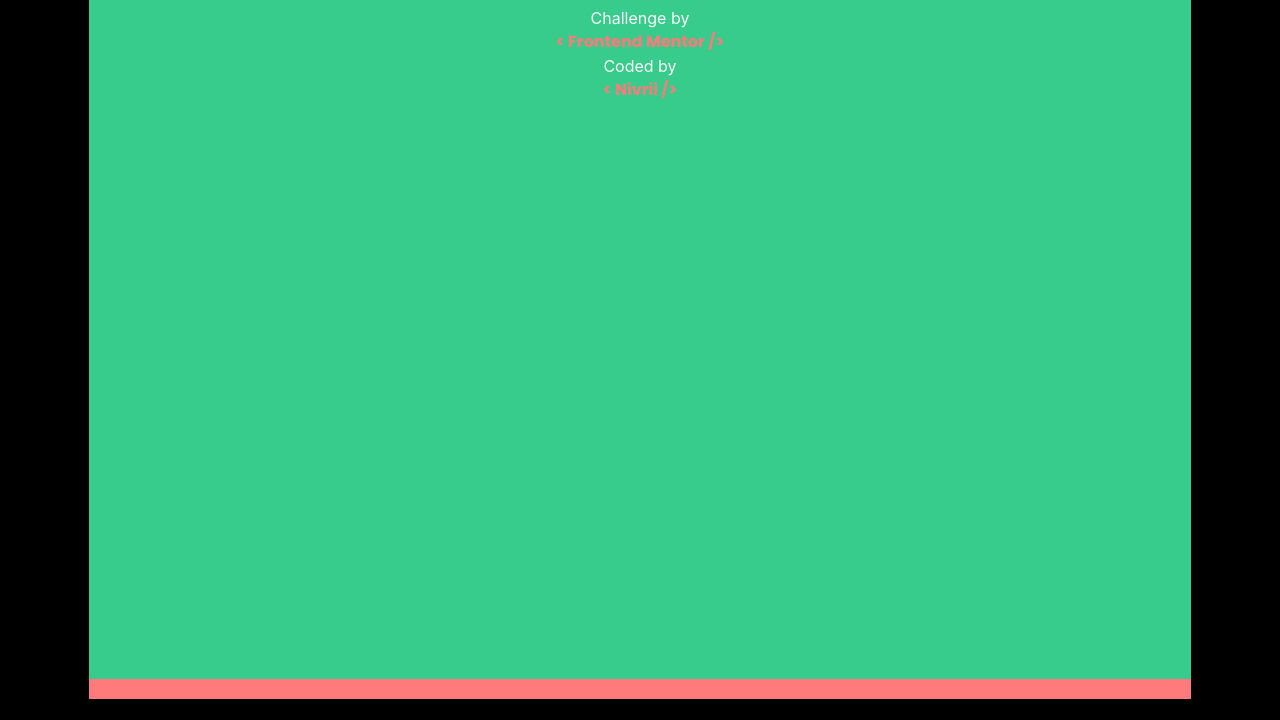
Repository: nivrii/intro-component-with-signup
Page: /
These files come from the project's save history. The page is drawn as it stood at one moment and after the next save; the edit follows.
The browser window is 1280 px wide. The pictures show the whole page.
The project was rebuilt for these pictures with package versions that can differ from the ones it lists, and the page was loaded fresh each time. Also part of the build but not shown: vite.config.js.

Above is the page before, as saved 2023-10-14 14:00:45.

### src/App.jsx
import { Footer } from './Footer/Footer';
import { Form } from './Form/Form';
import { Card } from './Card/Card';
import { Content } from './Content/Content';
import "./App.css";

function App() {

  return (
    <div className='UI'>
      <div className="container">
        <Content     />
        <Card     />
        <Form   />
      </div>
      <div className="close success">
        <h4>Thank you for signing up!</h4>
        <p>

        </p>
      </div>
      <Footer    />
    </div>
  );
}

export default App;

### src/Footer/Footer.jsx
import "./Footer.css";
export function Footer() {
  const frontend = '< Frontend Mentor />';
  const coder = "< Nivrii />";
  return (
    <footer>
      <p className="attribution">
        Challenge by{" "}
        <a
          href="https://www.frontendmentor.io?ref=challenge"
          target="_blank"
          rel="noreferrer"
        >
          {frontend}
        </a>
         Coded by{" "}
        <a href="https://github.com/nivrii/intro-component-with-signup">
          {coder}
        </a>
      </p>
    </footer>
  );
}

### src/Form/Form.jsx
import "./Form.css";
import { useState } from "react";
import errorIcon from "../../public/images/icon-error.svg";

export function Form() {
  const [fName, setFName] = useState("");
  const [lName, setLName] = useState("");
  const [email, setEmail] = useState("");
  const [password, setPassword] = useState("");

  const [fNameEmpty, setFNameEmpty] = useState(false);
  const [lNameEmpty, setLNameEmpty] = useState(false);
  const [emailEmpty, setEmailEmpty] = useState(false);
  const [passEmpty, setPassEmpty] = useState(false);

  const handleFirstName = (e) => {
    e.preventDefault();
    let value = e.target.value;
    value === "" ? setFNameEmpty(true) : setFNameEmpty(false);
    setFName(value);
  };
  const handleLastName = (e) => {
    e.preventDefault();
    let value = e.target.value;
    value === "" ? setLNameEmpty(true) : setLNameEmpty(false);
    setLName(value);
  };
  const handleEmail = (e) => {
    e.preventDefault();
    let value = e.target.value;
    value === "" ? setEmailEmpty(true) : setEmailEmpty(false);
    setEmail(value);
  };
  const handlePassword = (e) => {
    e.preventDefault();
    let value = e.target.value;
    value === "" ? setPassEmpty(true) : setPassEmpty(false);

    setPassword(value);
  };
  const handleSubmit = (e) => {
    e.preventDefault();
    if (fName === "") {
      setFNameEmpty(true);
      document.querySelector(".fName-input").classList.add("input-error");
      return
    }
    if (lName === "") {
      setLNameEmpty(true);
      document.querySelector(".lName-input").classList.add("input-error");
      return
    }
    if (email === "") {
      setEmailEmpty(true);
      document.querySelector(".email-input").classList.add("input-error");
      return
    }
    if (password === "") {
      setPassEmpty(true);
      document.querySelector(".password-input").classList.add("input-error");
      return
    }
     else {
      setFName("");
      setEmail("");
      setLName("");
      setPassword("");
      document.querySelector(".container").classList.add("close")
      document.querySelector(".success").classList.remove("close")
    }
    console.log(fName, lName, email, password)
  };

  return (
    <form action="submit" className="form" onSubmit={(e) => e.preventDefault()}>
      <div className="input-enclose">
        {fNameEmpty && (
          <img src={errorIcon} alt="error-icon" className="error-icon" />
        )}
        <input
          type="text"
          placeholder="First Name"
          value={fName}
          className="input fName-input"
          onChange={(e) => handleFirstName(e)}
          onKeyDown={() =>
            document
              .querySelector(".fName-input")
              .classList.remove("input-error")
          }
        />
        <div className="err-enclose">
          {fNameEmpty && (
            <div className=" err err-fName">First Name Cannot Be Empty</div>
          )}
        </div>
      </div>

      <div className="input-enclose">
        {lNameEmpty && (
          <img src={errorIcon} alt="error-icon" className="error-icon" />
        )}
        <input
          type="text"
          placeholder="Last Name"
          value={lName}
          className="input lName-input"
          onChange={(e) => handleLastName(e)}
          onKeyDown={() =>
            document
              .querySelector(".lName-input")
              .classList.remove("input-error")
          }
        />
        <div className="err-enclose">
          {lNameEmpty && (
            <div className=" err err-lName">Last Name Cannot Be Empty</div>
          )}
        </div>
      </div>

      <div className="input-enclose">
        {emailEmpty && (
          <img src={errorIcon} alt="error-icon" className="error-icon" />
        )}
        <input
          type="email"
          placeholder="Email Address"
          value={email}
          className="input email-input"
          onChange={(e) => handleEmail(e)}
          onKeyDown={() =>
            document
              .querySelector(".email-input")
              .classList.remove("input-error")
          }
        />
        <div className="err-enclose">
          {emailEmpty && (
            <div className="err err-email">Email Cannot Be Empty</div>
          )}
          <div className=" err miss-email">
            That does not look like an email
          </div>
        </div>
      </div>

      <div className="input-enclose">
        {passEmpty && (
          <img src={errorIcon} alt="error-icon" className="error-icon" />
        )}
        <input
          type="password"
          placeholder="Password"
          value={password}
          className="input password-input"
          onChange={(e) => handlePassword(e)}
          onKeyDown={() =>
            document
              .querySelector(".password-input")
              .classList.remove("input-error")
          }
        />
        <div className="err-enclose">
          {passEmpty && (
            <div className="  err err-password">Password Cannot Be Empty</div>
          )}
        </div>
      </div>

      <button type="submit" className="btn" onClick={(e) => handleSubmit(e)}>
        Claim your free trial
      </button>
      <div className="pWrap">
        <p>By clicking the button, you are agreeing to our</p>
        <p>Terms and Services</p>
      </div>
    </form>
  );
}

### src/Card/Card.jsx
import "./Card.css";
export function Card() {
  return (
      <div className="card__content">
        <p><span>Try it free 7 days </span>
        then $20/mo. thereafter</p>
      </div>
  );
}

### src/Content/Content.jsx
import "./Content.css";
export function Content() {
  return (
    <div className="content">
      <h4>Learn to code by watching others</h4>
      <p>
        See how experienced developers solve problems in real-time. Watching
        scripted tutorials is great, but understanding how developers think is
        invaluable.
      </p>
    </div>
  );
}

### src/App.css
* {
  box-sizing: border-box;
  border: 0;
  padding: 0;
}
:root {
  /*Primary colors*/
  --red: hsl(0, 100%, 74%);
  --green: hsl(154, 59%, 51%);
  /*Accent colors*/
  --blue: hsl(248, 32%, 49%);
  --white: #fafaf9;
  /*Neutral colors*/
  --dark-blue: hsl(249, 10%, 26%);
  --grayish-blue: hsl(246, 25%, 77%);
  /*typography*/
  --fSize: 14px;
  --w4: 400;
  --w5: 500;
  --w6: 600;
  --w7: 700;
}
@font-face {
  font-family: "Poppins-bold";
  src: url(./assets/Fonts/poppins/Poppins-Bold.otf) format("opentype");
}
@font-face {
  font-family: "Poppins-regular";
  src: url(./assets/Fonts/poppins/Poppins-Regular.otf) format("opentype");
}
@font-face {
  font-family: "Poppins-medium";
  src: url(./assets/Fonts/poppins/Poppins-Medium.otf) format("opentype");
}
@font-face {
  font-family: "Poppins-light";
  src: url(./assets/Fonts/poppins/Poppins-Light.otf) format("opentype");
}
body {
  display: flex;
  flex-direction: column;
  background-color: #000;
}
.UI {
  display: grid;
  grid-template-rows: a, a, b;
}
.container {
  display: flex;
  flex-direction: column;
  align-items: center;
  justify-content: center;
  grid-area: a;
  width: 100%;
  background-color: var(--red);
  padding: 50px 20px 70px;
  margin: 0;
}
.close {
  display: none;
}

### src/Footer/Footer.css
@import url(../App.css);

footer{
    grid-area: b;
    width: 100%;
    height: 100%;
    background-color: var(--green) !important;
    margin: -20px 0 0;
    padding: 10px;
}
.attribution{
    color: var(--white);
    font-family: 'Poppins-regular' sans-serif;
    display: flex;
    flex-direction: column;
    text-align: center;
    & a{
        color:var(--red);
        font-family: 'Poppins-bold', sans-serif;
        text-decoration: none;
&:hover{
    color:var(--white);
    text-decoration: line-through;
}
    }
}

### src/Form/Form.css
@import url(../App.css);

.form {
  display: flex;
  flex-direction: column;
  background-color: var(--white);
  width: 100%;
  margin-top: 15px;
  padding: 20px;
  gap: 10px;
  border-radius: 10px;
  box-shadow: 0 10px 5px rgba(0, 0, 0, 0.15);
  & .input,
  .btn {
    height: 45px;
    width: 100%;
    border-radius: 7px;
    font-family: "Poppins-regular", sans-serif;
    -webkit-transition: 0.5s;
    transition: 0.5s;
  }
  & .input-error {
    border: 1px solid var(--red) !important;
    color: var(--red) !important;
    outline: none;
    &:focus {
      border: 2px solid var(--red) !important;
    }
    &::placeholder {
      color: var(--red);
    }
  }
  & .input-enclose {
    display: flex;
    flex-direction: column;
    .input {
      border: 1px solid var(--grayish-blue);
      padding-left: 10px;
      font-size: var(--fSize);
    }
    & .err-enclose {
      display: flex;
      justify-content: flex-end;
      align-items: center;
      & .err {
        display: block;
        color: var(--red);
        border-radius: 7px;
        height: 15px;
        width: auto;
        margin-left: calc(100% - width);
        padding: 5px;
        font-size: 10px;
        font-family: "Poppins-light", sans-serif;
      }
      & .miss-email {
        display: none;
      }
    }
    & .error-icon {
      position: absolute;
      padding: 2px;
      right: 50px;
      width: 25px;
      height: 25px;
      margin-top: 10px;
      margin-right: 10px;
    }
  }
  & .btn {
    background-color: var(--green);
    color: var(--white);
    text-transform: uppercase;
    transition-duration: 0.3s;
    transition-timing-function: ease;
    &:hover {
      transform: scale(1.05);
    }
  }
  & .pWrap {
    padding: 10px;
    text-align: center;
    margin-top: -15px;
    & * {
      margin: 0;
      font-size: 10px;
    }
    & p:nth-child(1) {
      font-family: "Poppins-light", sans-serif;
      color: var(--grayish-blue);
    }
    & p:nth-child(2) {
      font-family: "Poppins-bold", sans-serif;
      color: var(--red);
    }
  }
}

### src/Card/Card.css
@import url(../App.css);

.card__content{
    width: 100%;
    background-color: var(--blue);
    border-radius: 8px;
    padding: 15px 40px;
    margin: 20px 0;
    box-shadow: 0 10px 5px rgba(0, 0, 0, 0.15);
    & *{
        color: var(--white);
        text-align: center;
        margin: 2px;
    }& span{
        font-size: 18px;
        font-family: 'Poppins-medium', sans-serif;
    }
    & p{
        font-family: 'Poppins-light', sans-serif;
        font-size: var(--fSize);

    }
}

### src/Content/Content.css
@import url(../App.css);

.content {
  & * {
    color: var(--white);
    text-align: center;
  }
  & h4 {
    font-size: 25px;
    margin: 20px;
    font-family: 'Poppins-bold', sans-serif;
  }
  & p {
    font-size: var(--fSize);
    font-family: 'Poppins-regular', sans-serif;
  }
}

Loaded but not shown: index.html (common file); src/main.jsx (common file); src/index.css (common file)

After the next save:
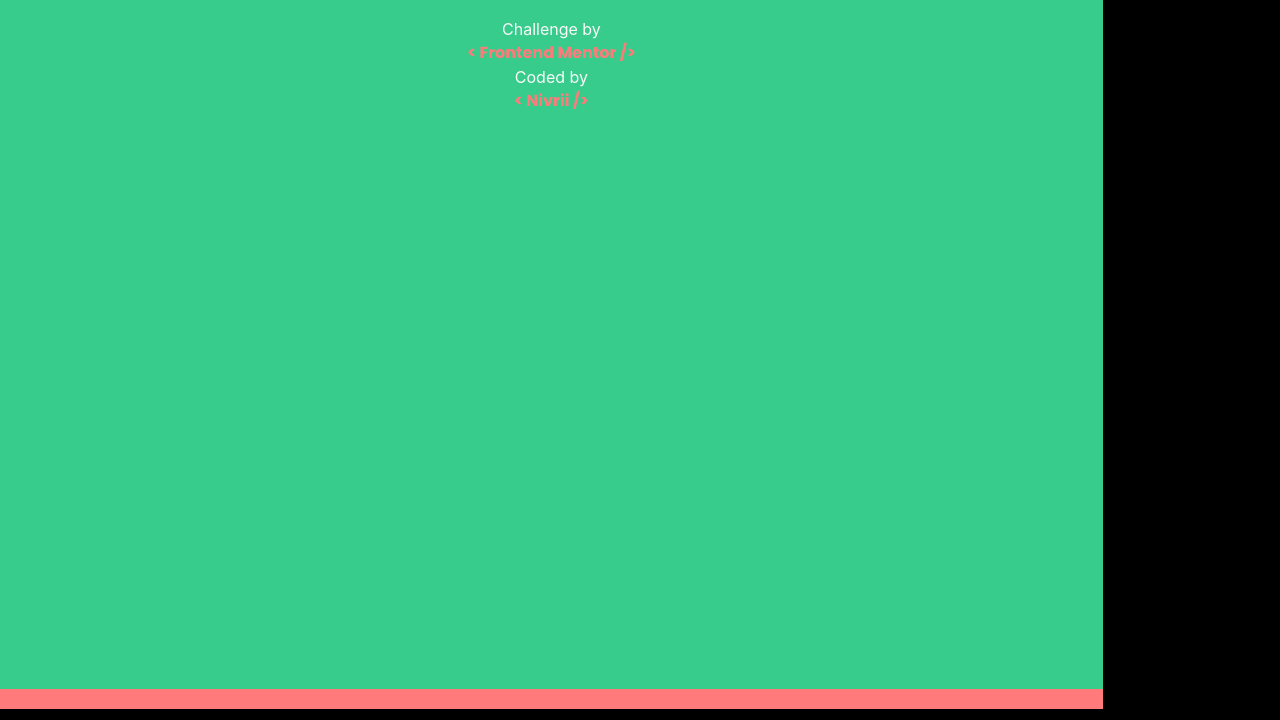
Saved 66 s later.
--- a/src/App.css
+++ b/src/App.css
@@ -37,8 +37,6 @@
   src: url(./assets/Fonts/poppins/Poppins-Light.otf) format("opentype");
 }
 body {
-  display: flex;
-  flex-direction: column;
   background-color: #000;
 }
 .UI {
